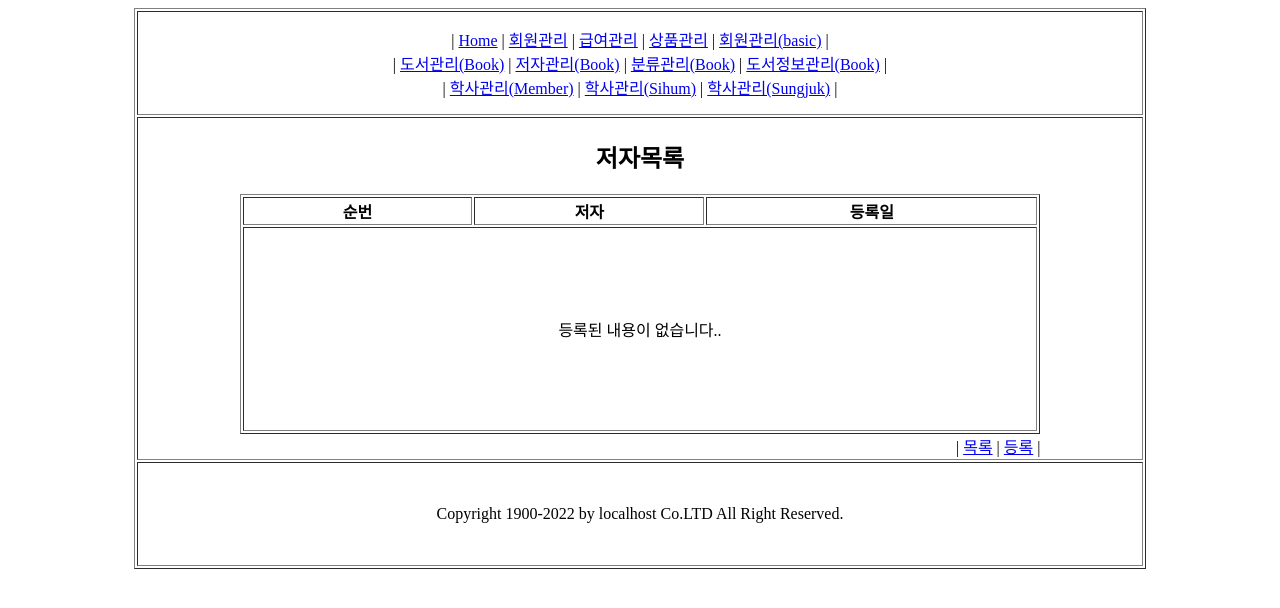
Repository: Mildous/HKIT-BackendClass
Page: http://localhost/jspTest/BookInfo/insert.jsp
These files come from the project's save history. The page is drawn as it stood at one moment and after the next save; the edit follows.
The browser window is 1280 px wide. The pictures show the whole page.
The page is served by Tomcat 9. Other server files are loaded and not shown. Queries for data that is not in the repository find no rows.

Above is the page before, as saved 2022-08-16 02:38:26.

### workspace/jsp/jspTest/WebContent/BookInfo/insert.jsp
<%@ page language="java" contentType="text/html; charset=UTF-8"
    pageEncoding="UTF-8"%>
<!DOCTYPE html>
<html>
<head>
<meta charset="UTF-8">
<title>저자관리</title>
</head>
<body>

<table border="1" width="80%" align="center">
	<tr>
		<td height="100px;" align="center">
			<jsp:include page="../include/inc_menu.jsp" flush="true" />
		</td>
	</tr>
	<tr>
		<td height="300px;" align="center">
			<jsp:include page="insert_sub.jsp" flush="true" />
		</td>
	</tr>
	<tr>
		<td height="100px;" align="center">
			<jsp:include page="../include/inc_bottom.jsp" flush="true" />
		</td>
	</tr>
</table>

</body>
</html>

### workspace/jsp/jspTest/WebContent/include/inc_menu.jsp
<%@ page language="java" contentType="text/html; charset=UTF-8"
    pageEncoding="UTF-8"%>
<!DOCTYPE html>
<html>
<head>
<meta charset="UTF-8">
<title>Insert title here</title>
</head>
<body>
	|
	<a href="/jspTest">Home</a>
	|
	<a href="../member/list.jsp">회원관리</a>
	|
	<a href="#">급여관리</a>
	|
	<a href="../product/list.jsp">상품관리</a>
	|
	<a href="../memberBasic/list.jsp">회원관리(basic)</a>
	|

	<br>

	|
	<a href="../Book/list.jsp">도서관리(Book)</a>
	|
	<a href="../BookAuthor/list.jsp">저자관리(Book)</a>
	|
	<a href="../BookProfile/list.jsp">분류관리(Book)</a>
	|
	<a href="../BookInfo/list.jsp">도서정보관리(Book)</a>
	|

	<br>

	|
	<a href="../haksaMember/list.jsp">학사관리(Member)</a>
	|
	<a href="../haksaSihum/list.jsp">학사관리(Sihum)</a>
	|
	<a href="../haksaSungjuk/list.jsp">학사관리(Sungjuk)</a>
	|
</body>
</html>

### workspace/jsp/jspTest/WebContent/BookInfo/insert_sub.jsp
<%@page import="java.util.ArrayList"%>
<%@page import="bookAuthor.model.dto.BookAuthorDTO"%>
<%@page import="bookAuthor.model.dao.BookAuthorDAO"%>
<%@ page language="java" contentType="text/html; charset=UTF-8"
    pageEncoding="UTF-8"%>
<%
	BookAuthorDAO dao = new BookAuthorDAO();
	ArrayList<BookAuthorDTO> list = dao.getSelectAll();

	int totalRecord = list.size();
%>

<h2>저자목록</h2>

<table border="1" width="80%" align="center">
	<tr>
		<th>순번</th>
		<th>저자</th>
		<th>등록일</th>
	</tr>
	<% if(totalRecord == 0) { %>
	<tr>
		<td colspan="3" height="200px" align="center">등록된 내용이 없습니다..</td>
	</tr>
	<% } %>
	<%
	int num = totalRecord;
	for(int i=0; i<list.size(); i++) {
		BookAuthorDTO dto = list.get(i);
	%>
	<tr>
		<td><%= num %></td>
		<td><%= dto.getAuthor() %></td>
		<td><%= dto.getRegiDate() %></td>
	</tr>
	<%
			num--;
		}
	%>
</table>
<div style="width: 80%; margin: 10px, 0;" align="right">
	|
	<a href="#" onClick="move('list.jsp', '');">목록</a>
	|
	<a href="#" onClick="move('insert.jsp', '');">등록</a>
	|
</div>

<script>
function move(value1, value2) {
	location.href = value1 + '?authorNo=' + value2;
}
</script>

### workspace/jsp/jspTest/WebContent/include/inc_bottom.jsp
<%@ page language="java" contentType="text/html; charset=UTF-8"
    pageEncoding="UTF-8"%>
<!DOCTYPE html>
<html>
<head>
<meta charset="UTF-8">
<title>Insert title here</title>
</head>
<body>
	Copyright 1900-2022 by localhost Co.LTD All Right Reserved.
</body>
</html>

### workspace/jsp/jspTest/src/bookAuthor/model/dao/BookAuthorDAO.java
package bookAuthor.model.dao;

import java.sql.Connection;
import java.sql.PreparedStatement;
import java.sql.ResultSet;
import java.util.ArrayList;

import bookAuthor.model.dto.BookAuthorDTO;
import config.DB;

public class BookAuthorDAO {

	Connection conn = null;
	PreparedStatement pstmt = null;
	ResultSet rs = null;
	String tableName_1 = "bookAuthor";

	public ArrayList<BookAuthorDTO> getSelectAll() {
		ArrayList<BookAuthorDTO> list = new ArrayList<BookAuthorDTO>();
		conn = DB.dbConn();
		try {
			String sql = "select * from " + tableName_1 + " order by authorNo desc";
			pstmt = conn.prepareStatement(sql);
			rs = pstmt.executeQuery();
			while(rs.next()) {
				BookAuthorDTO resultDto = new BookAuthorDTO();
				resultDto.setAuthorNo(rs.getInt("authorNo"));
				resultDto.setAuthor(rs.getString("author"));
				resultDto.setRegiDate(rs.getDate("regiDate"));
				list.add(resultDto);
			}
		} catch(Exception e) {
			//e.printStackTrace();
		} finally {
			DB.dbConnClose(rs, pstmt, conn);
		}
		return list;
	}

	public BookAuthorDTO getSelectOne(BookAuthorDTO paramDto) {
		BookAuthorDTO resultDto = new BookAuthorDTO();
		conn = DB.dbConn();
		try {
			String sql = "select * from " + tableName_1 + " where authorNo = ?";
			pstmt = conn.prepareStatement(sql);
			pstmt.setInt(1, paramDto.getAuthorNo());
			rs = pstmt.executeQuery();
			if(rs.next()) {
				resultDto.setAuthorNo(rs.getInt("authorNo"));
				resultDto.setAuthor(rs.getString("author"));
				resultDto.setRegiDate(rs.getDate("regiDate"));
			}
		} catch(Exception e) {
			//e.printStackTrace();
		} finally {
			DB.dbConnClose(rs, pstmt, conn);
		}
		return resultDto;
	}

	public int setInsert(BookAuthorDTO paramDto) {
		int result = 0;
		conn = DB.dbConn();
		try {
			String sql = "insert into " + tableName_1 + " values(seq_bookAuthor.nextval, ?, sysdate)";
			pstmt = conn.prepareStatement(sql);
			pstmt.setString(1, paramDto.getAuthor());
			result = pstmt.executeUpdate();
		} catch(Exception e) {
			//e.printStackTrace();
		} finally {
			DB.dbConnClose(rs, pstmt, conn);
		}
		return result;
	}

	public int setUpdate(BookAuthorDTO paramDto) {
		int result = 0;
		conn = DB.dbConn();
		try {
			String sql = "update " + tableName_1 + " set author = ? where authorNo = ?";
			pstmt = conn.prepareStatement(sql);
			pstmt.setString(1, paramDto.getAuthor());
			pstmt.setInt(2, paramDto.getAuthorNo());
			result = pstmt.executeUpdate();
		} catch(Exception e) {
			//e.printStackTrace();
		} finally {
			DB.dbConnClose(rs, pstmt, conn);
		}
		return result;
	}

	public int setDelete(BookAuthorDTO paramDto) {
		int result = 0;
		conn = DB.dbConn();
		try {
			String sql = "delete from " + tableName_1 + " where authorNo = ?";
			pstmt = conn.prepareStatement(sql);
			pstmt.setInt(1, paramDto.getAuthorNo());
			result = pstmt.executeUpdate();
		} catch(Exception e) {
			//e.printStackTrace();
		} finally {
			DB.dbConnClose(rs, pstmt, conn);
		}
		return result;
	}
}

### workspace/jsp/jspTest/src/config/DB.java
package config;

import java.sql.Connection;
import java.sql.DriverManager;
import java.sql.PreparedStatement;
import java.sql.ResultSet;

public class DB {
	public static Connection dbConn() {
		String dbDriver = "oracle.jdbc.driver.OracleDriver";
		String dbUrl = "jdbc:oracle:thin:@localhost:1521/xe";
		String dbId = "jspTest";
		String dbPasswd = "1234";

		Connection conn = null;

		try {
			Class.forName(dbDriver);
		} catch(Exception e) {
			//e.printStackTrace();
			System.out.println("-- 오라클 드라이버 오류 --");
		}

		try {
			conn = DriverManager.getConnection(dbUrl, dbId, dbPasswd);
		} catch(Exception e) {
			//e.printStackTrace();
			System.out.println("-- 오라클 접속 오류 --");
		}
		return conn;
	}

	public static void dbConnClose(ResultSet rs, PreparedStatement pstmt, Connection conn) {

		try {
			if(rs != null) { rs.close(); }
		} catch(Exception e) {
			//e.printStackTrace();
		}

		try {
			if(pstmt != null) { pstmt.close(); }
		} catch(Exception e) {
			//e.printStackTrace();
		}

		try {
			if(conn != null) { conn.close(); }
		} catch(Exception e) {
			//e.printStackTrace();
		}
	}
}

After the next save:
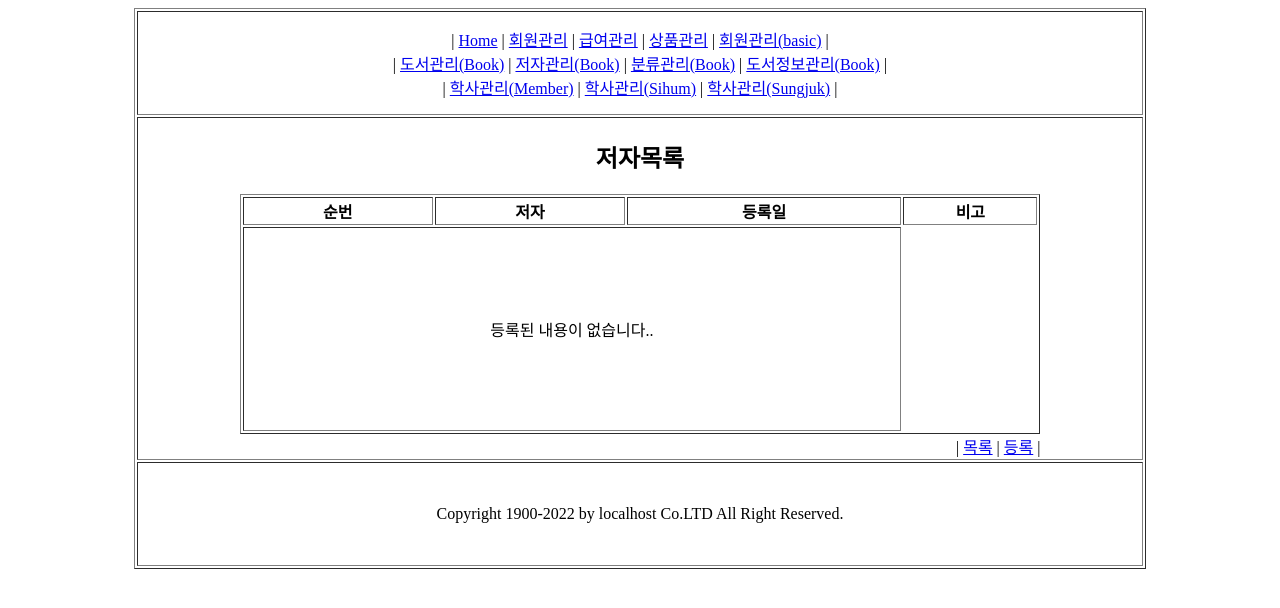
Saved 60 s later.
--- a/workspace/jsp/jspTest/WebContent/BookInfo/insert_sub.jsp
+++ b/workspace/jsp/jspTest/WebContent/BookInfo/insert_sub.jsp
@@ -17,6 +17,7 @@
 		<th>순번</th>
 		<th>저자</th>
 		<th>등록일</th>
+		<th>비고</th>
 	</tr>
 	<% if(totalRecord == 0) { %>
 	<tr>
